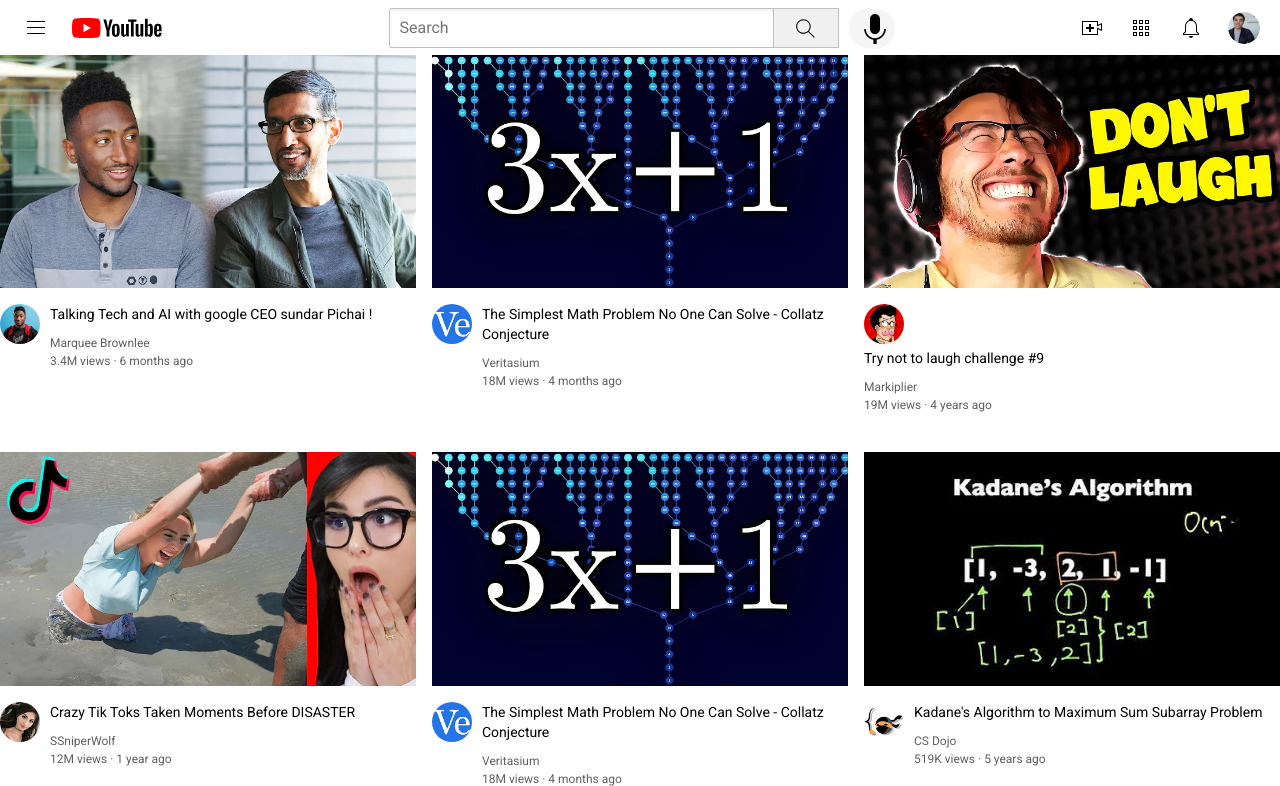
Repository: knowledgeAlan/html-css-thirteen
Page: youtube.html
These files come from the project's save history. The page is drawn as it stood at one moment and after the next save; the edit follows.
The browser window is 1280 px wide. The pictures show the whole page.

Above is the page before, as saved 2024-03-19 18:24:10.

After the next save:
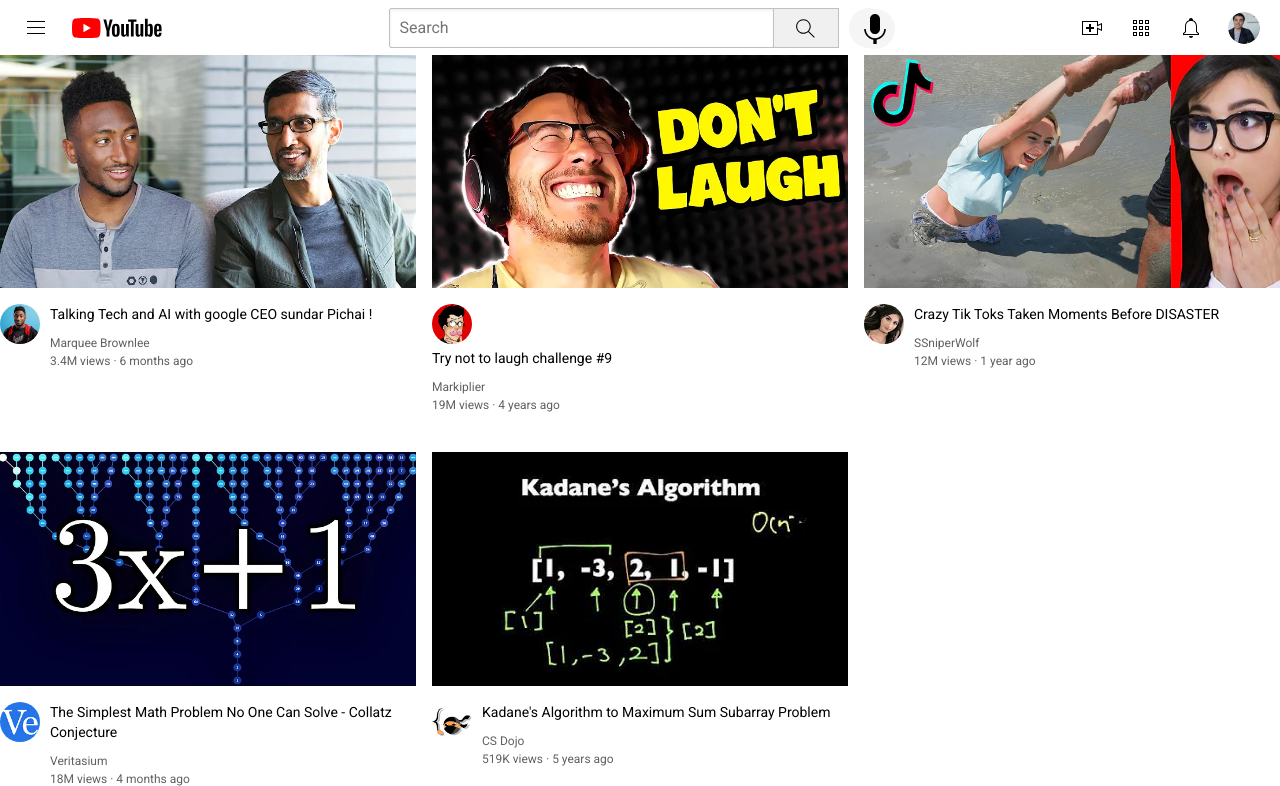
Saved 14 s later.
--- a/youtube.html
+++ b/youtube.html
@@ -77,31 +77,7 @@
 
                     </div>
                 </div>
-            </div>       <div class="video-preview">
-                <div class="thumbnail-row">
-                    <img class="thumbnail" src="thumbnails/thumbnail-4.webp">
-                </div>
-                <div class="video-info-grid">
-                    <div class="channel-picture">
-                        <img class="profile-picture" src="channel-pictures/channel-4.jpeg">
-                    </div>
-
-                    <div class="video-info">
-                        <p class="video-title">
-                            The Simplest Math Problem No One Can Solve - Collatz Conjecture
-                        </p>
-                        <p class="video-author">
-                            Veritasium
-                        </p>
-
-                        <p class="video-stats">
-                            18M views &#183; 4 months ago
-                        </p>
-
-                    </div>
-                </div>
-            </div>
-
+            </div>
 
 
             <div class="video-preview">
